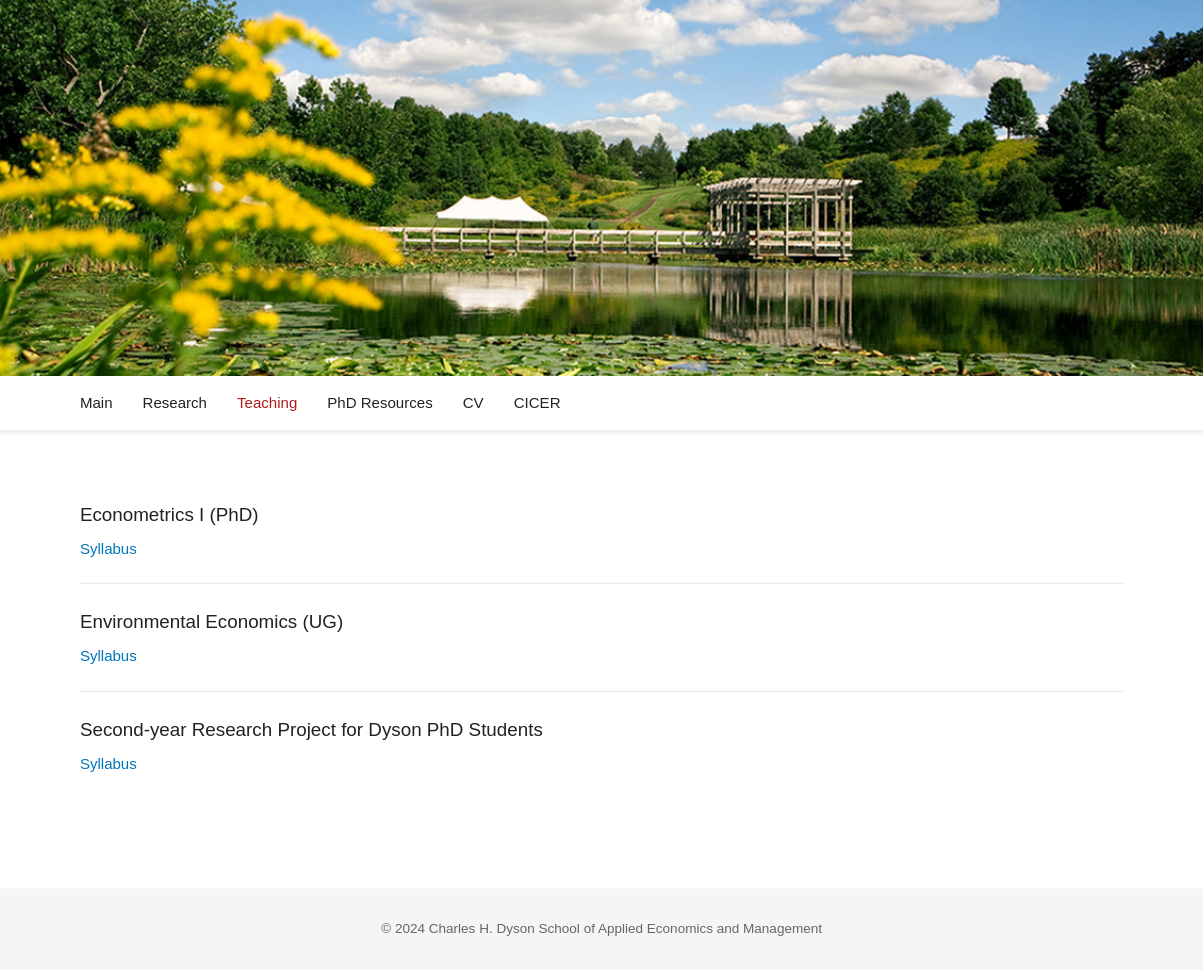
Repository: huang-heavenly-Emperor/k1_project
Page: teaching.html
These files come from the project's save history. The page is drawn as it stood at one moment and after the next save; the edit follows.
The browser window is 1280 px wide. The pictures show the whole page, at 94% of full size.

Above is the page before, as saved 2024-11-17 05:16:15.

### teaching.html
<!DOCTYPE html>
<html lang="en">
<head>
    <meta charset="UTF-8">
    <meta name="viewport" content="width=device-width, initial-scale=1.0">
    <title>Teaching - Cornell University</title>
    <link rel="stylesheet" href="reset.css">
    <link rel="stylesheet" href="teaching.css">
</head>
<body>
    <header class="header">
        <div class="banner">
            <img src="images/Garden.jpg" alt="Cornell Garden with Lake View" class="banner-img">
        </div>
        <nav class="main-nav">
            <div class="container">
                <ul class="nav-list">
                    <li><a href="./index.html">Main</a></li>
                    <li><a href="./research.html">Research</a></li>
                    <li><a href="./teaching.html" class="active">Teaching</a></li>
                    <li><a href="#">PhD Resources</a></li>
                    <li><a href="#">CV</a></li>
                    <li><a href="#">CICER</a></li>
                </ul>
            </div>
        </nav>
    </header>

    <main class="container">
        <section class="courses">
            <div class="course-item">
                <h2>Econometrics I (PhD)</h2>
                <a href="#" class="syllabus-link">Syllabus</a>
            </div>

            <div class="course-item">
                <h2>Environmental Economics (UG)</h2>
                <a href="#" class="syllabus-link">Syllabus</a>
            </div>

            <div class="course-item">
                <h2>Second-year Research Project for Dyson PhD Students</h2>
                <a href="#" class="syllabus-link">Syllabus</a>
            </div>
        </section>
    </main>

    <footer class="footer">
        <div class="container">
            <p>© 2024 Charles H. Dyson School of Applied Economics and Management</p>
        </div>
    </footer>
</body>
</html>

### reset.css
/* Reset CSS */
*, *::before, *::after {
    margin: 0;
    padding: 0;
    box-sizing: border-box;
}

html, body {
    height: 100%;
    font-size: 16px;
    line-height: 1.5;
    -webkit-font-smoothing: antialiased;
    -moz-osx-font-smoothing: grayscale;
}

body {
    font-family: Arial, sans-serif;
    color: #333;
}

ul, ol {
    list-style: none;
}

a {
    text-decoration: none;
    color: inherit;
}

img {
    max-width: 100%;
    height: auto;
    display: block;
}

button, input, select, textarea {
    font: inherit;
    color: inherit;
}

h1, h2, h3, h4, h5, h6 {
    font-size: inherit;
    font-weight: inherit;
}

### teaching.css
/* Base Styles */
:root {
    --primary-color: #B31B1B;
    --text-color: #222;
    --link-color: #0076BB;
    --background-color: #fff;
    --border-color: #e5e5e5;
}

body {
    font-family: Arial, sans-serif;
    line-height: 1.6;
    color: var(--text-color);
    background-color: var(--background-color);
}

.container {
    max-width: 1150px;
    padding: 0 20px;
    margin: 0 auto;
}

/* Header Styles */
.header {
    position: relative;
    box-shadow: 0 2px 4px rgba(0, 0, 0, 0.1);
}

.banner {
    width: 100%;
    height: 400px;
    overflow: hidden;
    position: relative;
}

.banner-img {
    width: 100%;
    height: 100%;
    object-fit: cover;
}

/* Navigation Styles */
.main-nav {
    background-color: var(--background-color);
    border-bottom: 1px solid var(--border-color);
}

.nav-list {
    display: flex;
    justify-content: flex-start;
    gap: 2rem;
    padding: 1rem 0;
    list-style: none;
}

.nav-list a {
    text-decoration: none;
    color: var(--text-color);
    font-weight: 500;
    padding: 0.5rem 0;
    transition: color 0.3s;
}

.nav-list a:hover,
.nav-list a.active {
    color: var(--primary-color);
}

/* Courses Section */
.courses {
    padding: 3rem 0;
}

.course-item {
    padding: 1.5rem 0;
    border-bottom: 1px solid var(--border-color);
}

.course-item:last-child {
    border-bottom: none;
}

.course-item h2 {
    font-size: 1.25rem;
    font-weight: 500;
    margin-bottom: 0.5rem;
}

.syllabus-link {
    color: var(--link-color);
    text-decoration: none;
    font-weight: 500;
    transition: color 0.3s;
}

.syllabus-link:hover {
    color: var(--primary-color);
}

/* Footer Styles */
.footer {
    background-color: #f5f5f5;
    padding: 2rem 0;
    margin-top: 3rem;
    text-align: center;
    font-size: 0.9rem;
    color: #666;
}

/* Responsive Design */
@media (max-width: 768px) {
    .banner {
        height: 300px;
    }

    .nav-list {
        flex-wrap: wrap;
        justify-content: center;
        gap: 1rem;
    }

    .course-item h2 {
        font-size: 1.1rem;
    }
}

@media (max-width: 480px) {
    .banner {
        height: 200px;
    }
}

After the next save:
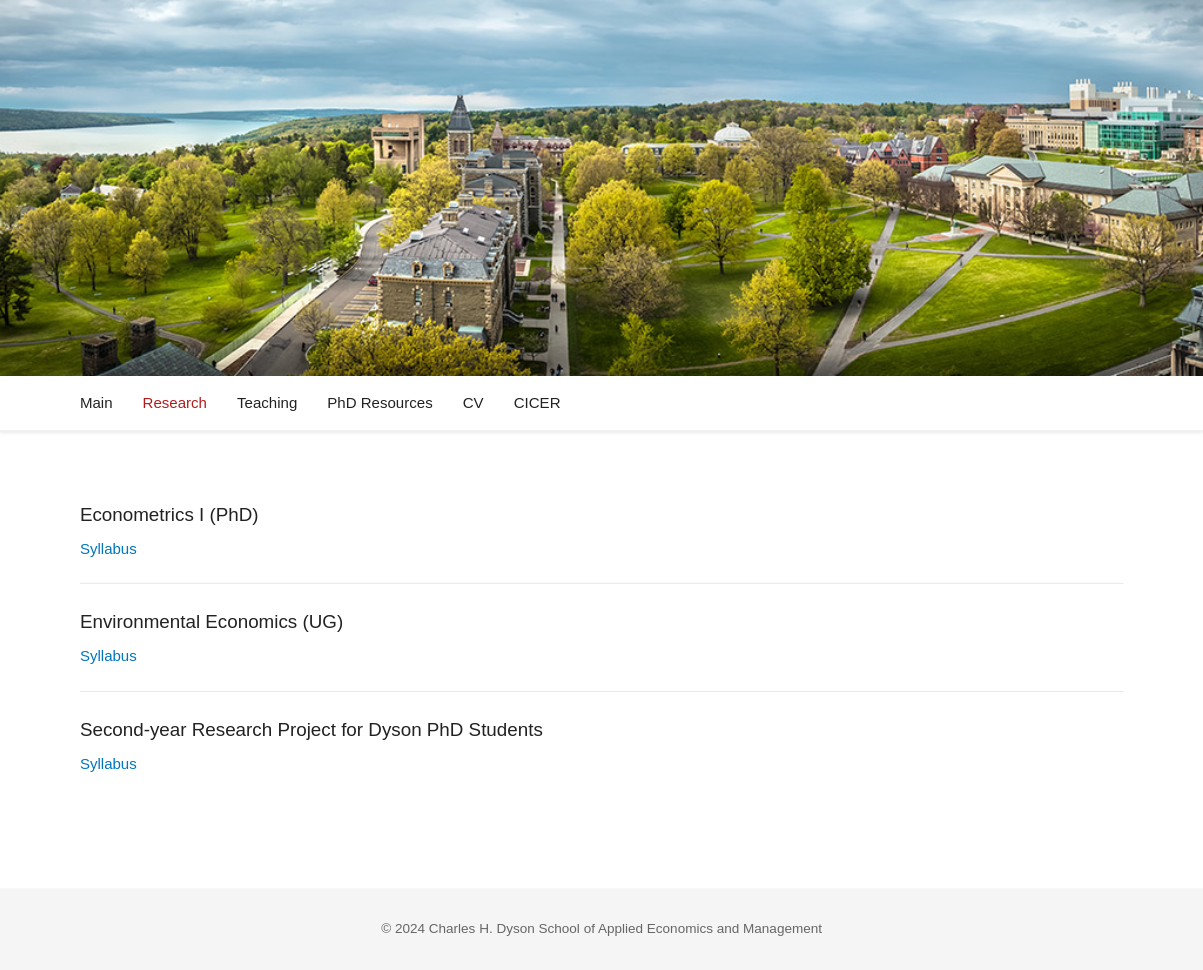
Saved 48 s later.
--- a/teaching.html
+++ b/teaching.html
@@ -8,23 +8,23 @@
     <link rel="stylesheet" href="teaching.css">
 </head>
 <body>
-    <header class="header">
-        <div class="banner">
-            <img src="images/Garden.jpg" alt="Cornell Garden with Lake View" class="banner-img">
+  <header class="header">
+    <div class="banner">
+        <img src="images/Cornell University Ithaca Campus.jpg" alt="Cornell University Campus Panorama" class="banner-img">
+    </div>
+    <nav class="main-nav">
+        <div class="container">
+            <ul class="nav-list">
+                <li><a href="./page2.html">Main</a></li>
+                <li><a href="./research.html" class="active">Research</a></li>
+                <li><a href="./teaching.html">Teaching</a></li>
+                <li><a href="#">PhD Resources</a></li>
+                <li><a href="#">CV</a></li>
+                <li><a href="#">CICER</a></li>
+            </ul>
         </div>
-        <nav class="main-nav">
-            <div class="container">
-                <ul class="nav-list">
-                    <li><a href="./index.html">Main</a></li>
-                    <li><a href="./research.html">Research</a></li>
-                    <li><a href="./teaching.html" class="active">Teaching</a></li>
-                    <li><a href="#">PhD Resources</a></li>
-                    <li><a href="#">CV</a></li>
-                    <li><a href="#">CICER</a></li>
-                </ul>
-            </div>
-        </nav>
-    </header>
+    </nav>
+</header>
 
     <main class="container">
         <section class="courses">
